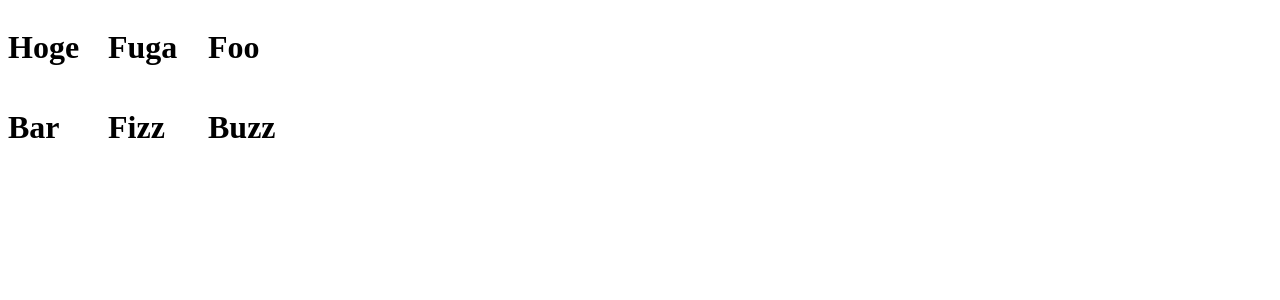
Repository: KeiichiYamamoto11/samurai_HTML-CSS
Page: grid.html
The author's editor kept a record of every edit. The page is drawn from the files as they stood at one moment, then again after the next edit.
The browser window is 1280 px wide. The pictures show the whole page.

Above is the page before.

After the next edit:
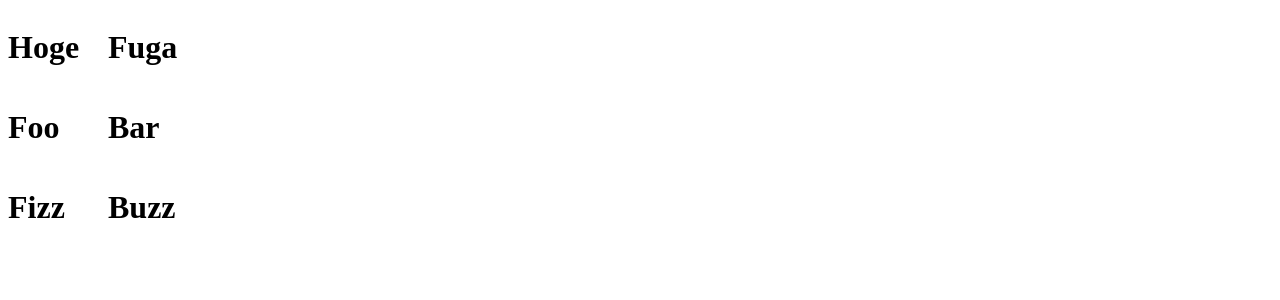
The edit:
--- a/grid.html
+++ b/grid.html
@@ -3,7 +3,8 @@
         <style>
             #grid {
                 display: grid;
-                grid-template-columns: 100px 100px 100px;
+                grid-template-columns: 100px 100px;
+                grid-template-rows: 100px 100px 100px:
             }
         </style>
     </head>
